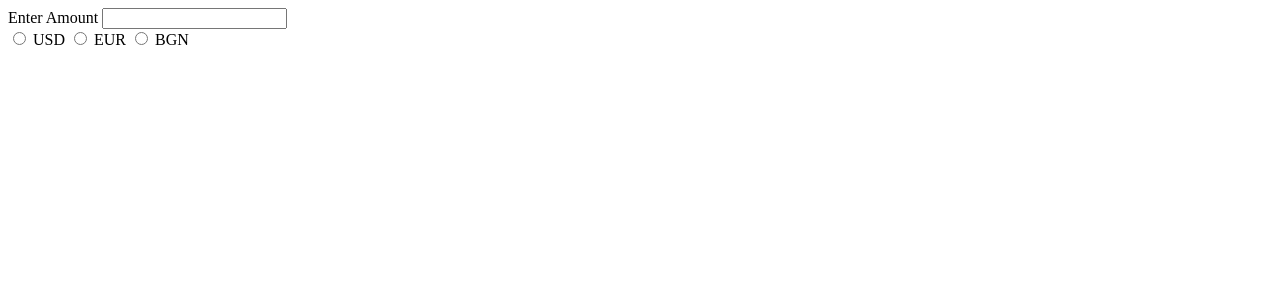
Repository: zhanivanov/PHP_Basics_Course_Homework
Page: http://localhost/3.CalcInterest/CalculateInterest.php
These files come from the project's save history. The page is drawn as it stood at one moment and after the next save; the edit follows.
The browser window is 1280 px wide. The pictures show the whole page.
The page is run by PHP 8.4 with error messages shown; the project is at /var/www/html/.

Above is the page before, as saved 2014-08-20 13:40:40.

After the next save:
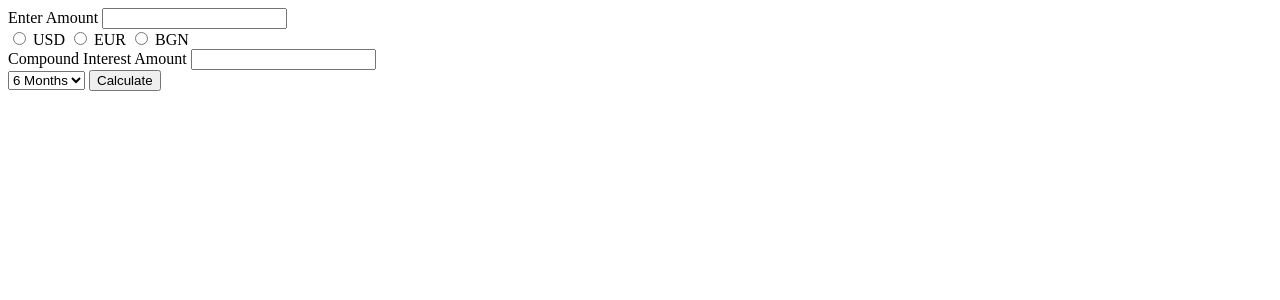
Saved 26 min 27 s later.
--- a/PHP_Working_With_Forms/3.CalcInterest/CalculateInterest.php
+++ b/PHP_Working_With_Forms/3.CalcInterest/CalculateInterest.php
@@ -14,6 +14,17 @@
             <label for="eur">EUR</label>
             <input type="radio" name="radio-group" id="bgn"/>
             <label for="bgn">BGN</label>
+            <br>
+            <label for="interest">Compound Interest Amount</label>
+            <input type="text" name="interest" id="interest" />
+            <br>
+            <select>
+                <option>6 Months</option>
+                <option>1 Year</option>
+                <option>2 Years</option>
+                <option>5 Years</option>
+            </select>
+            <input type="submit" value="Calculate"/>
         </div>
 
     </body>
